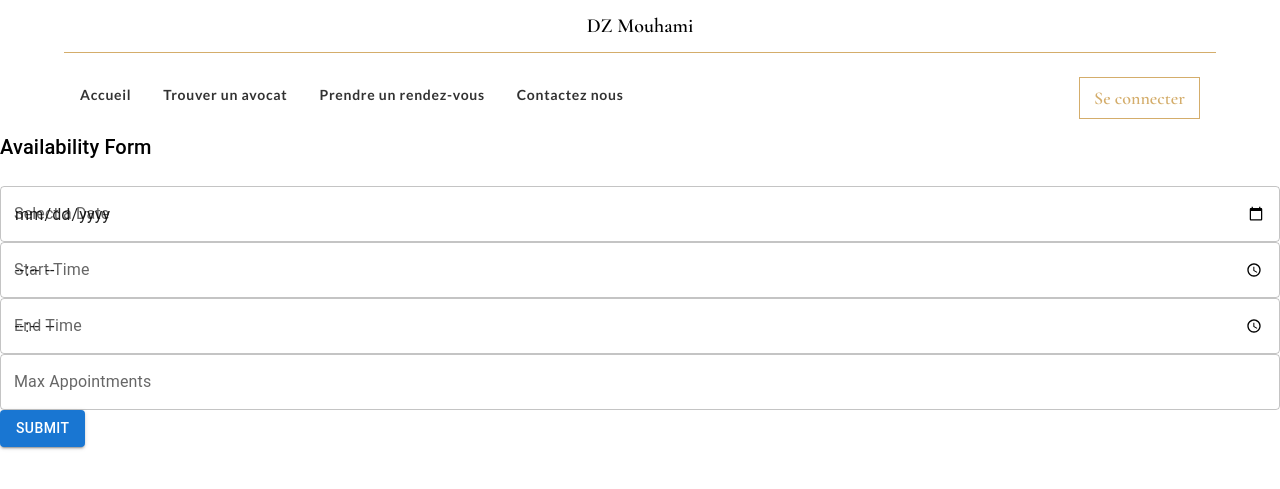
Repository: Chekrouba-Tinhinane/Mohami_dz
Page: /Available (app in client/)
An editor plug-in stored every save of this project. The page is shown before and after the next save, followed by the edit.
The browser window is 1280 px wide. The pictures show the whole page.
The page's requests for data from a server got no answer. The project was rebuilt for these pictures with package versions that can differ from the ones it lists, and the page was loaded fresh each time. No one was signed in, and anything a server would have sent is missing. Also part of the build but not shown: client/vite.config.js, client/src/components/super/Footer.jsx, client/src/LandingPage.jsx, client/src/SignIn.jsx, client/src/components/Selector.jsx, client/src/components/SearchContainer.jsx, client/src/components/LawyerCard.jsx, client/src/components/SearchBar.jsx and 13 more.

Above is the page before, as saved 2024-01-28 13:02:07.

### client/index.html
<!doctype html>
<html lang="en">
  <head>
    <meta charset="UTF-8" />
    <link rel="icon" type="image/svg+xml" href="/vite.svg" />
    <meta name="viewport" content="width=device-width, initial-scale=1.0" />
    <title>Mouhami DZ</title>
  </head>
  <body>
    <div id="root"></div>
    <script type="module" src="/src/App.jsx"></script>
  </body>
</html>

### client/src/App.jsx
import React, { useState, createContext, useContext, useEffect } from "react";
import { createRoot } from "react-dom/client";
import { BrowserRouter, Routes, Route } from "react-router-dom";
import "./index.css";
import LandingPage from "./LandingPage";
import SignIn from "./SignIn";
import Search from "./Search";
import HomeLayout from "./components/super/HomeLayout";
import Profile from "./components/Profile";
import ResultsPage from "./ResultsPage";
import SignUp from "./components/SignUp";
import maria from "./assets/maria/maria.jpg";
import ClientSignIn from "./ClientSignIn";
import AvailabilityForm from "./AvailabilityForm";
import axios from "axios";
import OwnProfile from "./OwnProfile";

const UserDataContext = createContext();

const App = () => {
  const [lawyers, setLawyers] = useState([]);

  useEffect(() => {
    const fetchLawyers = async () => {
      try {
        const response = await axios.get(
          "http://192.168.137.210:8000/avocat/avocat_list"
        );
        console.log(response.data);
        setLawyers(response.data);
      } catch (error) {
        console.error("Error fetching lawyers:", error);
      }
    };

    fetchLawyers(); // Call fetchLawyers when the component mounts
  }, []); // Empty dependency array ensures fetchLawyers is called only onc

  const [userData, setUserData] = useState(null);

  return (
    <UserDataContext.Provider value={{ userData, setUserData }}>
      <BrowserRouter>
        <Routes>
          <Route path={"/"} element={<LandingPage />} />
          <Route
            path={"/profile/:id"}
            element={
              <HomeLayout pageComponent={<Profile lawyers={lawyers} />} />
            }
          />
          <Route
            path={"/SelfProfile"}
            element={
              <HomeLayout
                pageComponent={
                  <OwnProfile
                    lawyer={{
                      avocat: {
                        siteweb: "google.com",
                        photo: "string",
                        ville: "jijel",
                        verified: false,
                        first_name: "BENBATTOUCHE",
                        region: "jijel",
                        id_speciality: 25,
                        id: 1,
                        codepostal: "18000",
                        last_name: "FOUAD TAREK",
                        password: "password",
                        email: "BENBATTOUCHE1@gmail.com",
                        langue: "arabic",
                        telephone: "1",
                        latitude: 0,
                        longitude: 0,
                      },
                      speciality_name: "Droit de l'immigration",
                    }}
                  />
                }
              />
            }
          />

          <Route path={"/ClientSignin"} element={<ClientSignIn />} />

          <Route
            path={"/Search"}
            element={
              <HomeLayout
                pageComponent={
                  <Search lawyers={lawyers} setLawyers={setLawyers} />
                }
              />
            }
          />
          <Route
            path={"/Available"}
            element={<HomeLayout pageComponent={<AvailabilityForm />} />}
          />
          <Route path={"/Signin"} element={<SignIn />} />
          {/*  <Route
          path={"/Schedule"}
          element={<HomeLayout pageComponent={<Schedule />} />}
        />


        <Route
          path={"/profile/:id"}
          element={<HomeLayout pageComponent={<Profile />} />}
        /> */}
          <Route
            path={"/SignUp"}
            element={<HomeLayout pageComponent={<SignUp />} />}
          />
        </Routes>
      </BrowserRouter>
    </UserDataContext.Provider>
  );
};

export const useUserData = () => useContext(UserDataContext);

export default App;

const root = createRoot(document.getElementById("root"));
root.render(<App />);

### client/src/index.css
@import url("https://fonts.googleapis.com/css2?family=Cormorant+Garamond:wght@300;400;500;600;700&family=Lato:wght@100;300;400;700;900&display=swap");

@tailwind base;
@tailwind components;
@tailwind utilities;

@layer base {
  a {
    @apply cursor-pointer;
  }
  h1 {
    @apply text-[50px] font-bold;
  }
  h2 {
    @apply text-[2.5rem] font-bold;
  }
  p {
  }
  h3 {
  }
  h4 {
    @apply text-[1rem] font-semibold;
  }
  textarea {
  }
  input {
  }
  select {
  }
}

* {
  /*font-family: 'Cormorant Garamond', serif; */
  font-family: "Lato", sans-serif;
  box-sizing: border-box;
  padding: 0;
  margin: 0;
}

.recursive {
  font-family: "Cormorant Garamond", serif;
}

.nav-item::after {
  content: "";
  display: block;
  width: 0;
  height: 2px;
  margin-top: 5px;
  background-color: rgb(212, 173, 107);
  transition: width 0.4s;
}

.nav-item:hover::after {
  width: 100%;
}

### client/src/components/super/HomeLayout.jsx
import React, { useState } from "react";
import NavBar from "./NavBar";

const HomeLayout = ({ pageComponent }) => {
  const navLinks = [
    { label: "Accueil", id: "about", offset: -50 },
    { label: "Trouver un avocat", id: "hero", offset: 0 },
    { label: "Prendre un rendez-vous", id: "appoint", offset: 50 },
    { label: "Contactez nous", id: "footer", offset: -100 }
  ];
  return (
    <div className=" flex flex-col min-h-screen items-center">
      <header className=" p-3 recursive border-b border-b-primary w-[90%] text-center font-semibold text-xl">
        {" "}
        DZ Mouhami{" "}
      </header>
      <NavBar links={navLinks} landing={true} />

      <div className={` w-full  `}>{pageComponent}</div>
    </div>
  );
};

export default HomeLayout;

### client/src/AvailabilityForm.jsx
import React from "react";
import { useFormik } from "formik";
import axios from "axios";
import { TextField, Button, Grid, Typography } from "@mui/material";

const initialValues = {
  DateInterval: "",
  HeureDebut: "",
  HeureFin: "",
  NbrMaxRdv: "",
  id_avocat: 1,
};

const validate = (values) => {
  const errors = {};
  if (!values.DateInterval) {
    errors.DateInterval = "Date is required";
  }
  if (!values.HeureDebut) {
    errors.HeureDebut = "Start time is required";
  }
  if (!values.HeureFin) {
    errors.HeureFin = "End time is required";
  }
  if (!values.NbrMaxRdv) {
    errors.NbrMaxRdv = "Max appointments is required";
  } else if (isNaN(values.NbrMaxRdv)) {
    errors.NbrMaxRdv = "Max appointments must be a number";
  }
  return errors;
};

const AvailabilityForm = () => {
  const formik = useFormik({
    initialValues,
    validate,
    onSubmit: async (values) => {
      try {
        const response = await axios.post(
          "http://192.168.137.210:8000/creneau/add_creneau",
          values
        );
        console.log("Response:", response.data);
        // Handle success response
      } catch (error) {
        console.error("Error:", error);
        // Handle error response
      }
    },
  });

  return (
    <Grid container spacing={2}>
      <Grid item xs={12}>
        <Typography variant="h6" gutterBottom>
          Availability Form
        </Typography>
      </Grid>
      <Grid item xs={12}>
        <form onSubmit={formik.handleSubmit}>
          <TextField
            fullWidth
            id="DateInterval"
            name="DateInterval"
            label="Select a Date"
            type="date"
            value={formik.values.DateInterval}
            onChange={formik.handleChange}
            error={formik.touched.DateInterval && Boolean(formik.errors.DateInterval)}
            helperText={formik.touched.DateInterval && formik.errors.DateInterval}
          />
          <TextField
            fullWidth
            id="HeureDebut"
            name="HeureDebut"
            label="Start Time"
            type="time"
            value={formik.values.HeureDebut}
            onChange={formik.handleChange}
            error={formik.touched.HeureDebut && Boolean(formik.errors.HeureDebut)}
            helperText={formik.touched.HeureDebut && formik.errors.HeureDebut}
          />
          <TextField
            fullWidth
            id="HeureFin"
            name="HeureFin"
            label="End Time"
            type="time"
            value={formik.values.HeureFin}
            onChange={formik.handleChange}
            error={formik.touched.HeureFin && Boolean(formik.errors.HeureFin)}
            helperText={formik.touched.HeureFin && formik.errors.HeureFin}
          />
          <TextField
            fullWidth
            id="NbrMaxRdv"
            name="NbrMaxRdv"
            label="Max Appointments"
            type="number"
            value={formik.values.NbrMaxRdv}
            onChange={formik.handleChange}
            error={formik.touched.NbrMaxRdv && Boolean(formik.errors.NbrMaxRdv)}
            helperText={formik.touched.NbrMaxRdv && formik.errors.NbrMaxRdv}
          />
          <Button variant="contained" color="primary" type="submit">
            Submit
          </Button>
        </form>
      </Grid>
    </Grid>
  );
};

export default AvailabilityForm;

### client/src/components/super/NavBar.jsx
import { motion } from "framer-motion";
import { Link } from "react-router-dom";
import { Link as ScrollLink } from "react-scroll";

const NavBar = ({ links, landing }) => {
  return (
    <div
      whileHover={{ scale: 1, originX: 0, color: "#D4AD6B" }}
      transition={{ type: "tween", duration: 0.2 }}
      className={`  ${
        landing ? "px-20" : ""
      } flex items-center pt-6 mb-3 w-full justify-between `}
    >
      <motion.ul className="flex gap-[2rem] text-sm">
        {links.map((link, index) => (
          <motion.li
            key={index}
            whileHover={{ scale: 1, originX: 0, color: "#D4AD6B" }}
            transition={{ type: "tween", duration: 0.2 }}
            className="font-semibold opacity-80 tracking-wider cursor-pointer"
          >
            <ScrollLink
              to={link.id}
              spy={true}
              smooth={true}
              offset={link.offset}
              duration={500}
              className="nav-item"
            >
              {link.label}
            </ScrollLink>
          </motion.li>
        ))}
      </motion.ul>
      {landing && (
        <div className="flex gap-[1rem]">
          <Link
            to={"/SignIn"}
            href=""
            className="recursive flex items-center font-semibold text-primary border border-primary bg-white text-center text-lg py-1.5 px-3.5 hover:bg-opacity-70"
          >
            Se connecter
          </Link>
        </div>
      )}
    </div>
  );
};

export default NavBar;

### client/tailwind.config.js
/** @type {import('tailwindcss').Config} */
module.exports = {
  content: ["./src/**/*.{js,jsx,ts,tsx}"],
  theme: {
    extend: {
      colors: {
        lightBrown: "#FAF5EE",
        primary: "#D4AD6B",
        lightTypo: "#563D2B"
      },
    },
  },
  plugins: [],
};

After the next save:
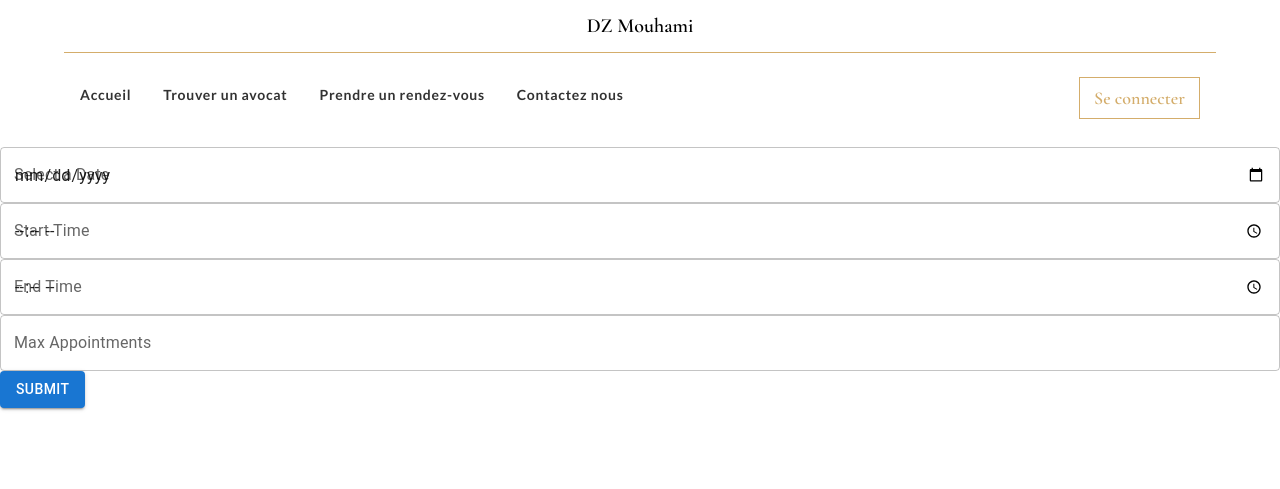
Saved 22 s later.
--- a/client/src/AvailabilityForm.jsx
+++ b/client/src/AvailabilityForm.jsx
@@ -52,9 +52,7 @@ const AvailabilityForm = () => {
   return (
     <Grid container spacing={2}>
       <Grid item xs={12}>
-        <Typography variant="h6" gutterBottom>
-          Availability Form
-        </Typography>
+
       </Grid>
       <Grid item xs={12}>
         <form onSubmit={formik.handleSubmit}>
